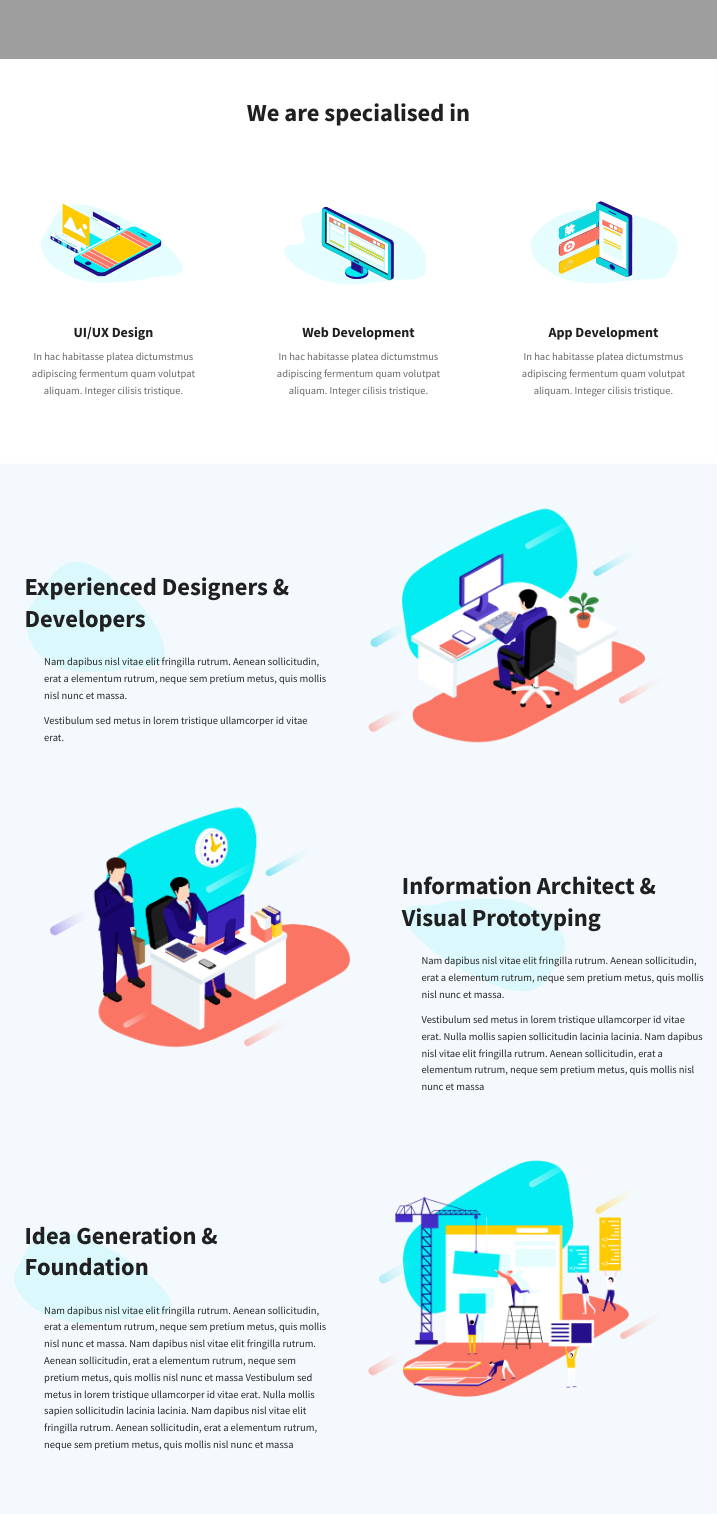
Repository: advert31337/marafon_from0to1_MartaUP
Page: index.html
The author's editor kept a copy of each file at every save. The page is drawn from the files as they stood at one save, then again after the next save.
The browser window is 1024 px wide. The pictures show the part of the page from y = 708 to 2948 px (the page is 2872 px tall before and 2948 px after), at 70% of full size.
Pictures or frames that could not be fetched are drawn as grey boxes.

Above is the page before, as saved 2020-03-08 17:38:20.

After the next save:
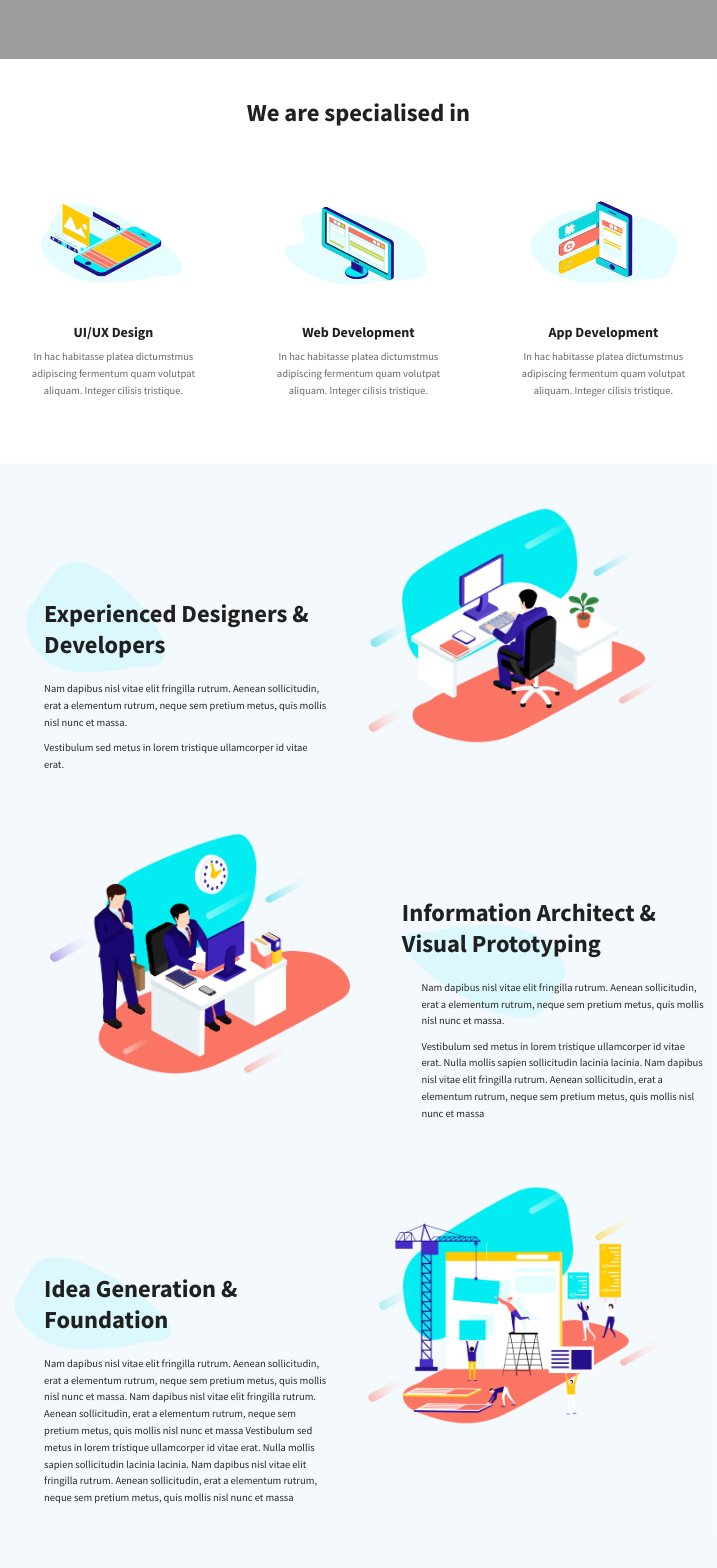
Saved 29 s later.
--- a/css/style.css
+++ b/css/style.css
@@ -351,7 +351,7 @@ a {
         justify-content: space-around;
     }
 
-    .advantages-box__title{
+    .advantages-box--right .advantages-box__title{
         padding: 30px 0 15px 20px;
     }
 }
